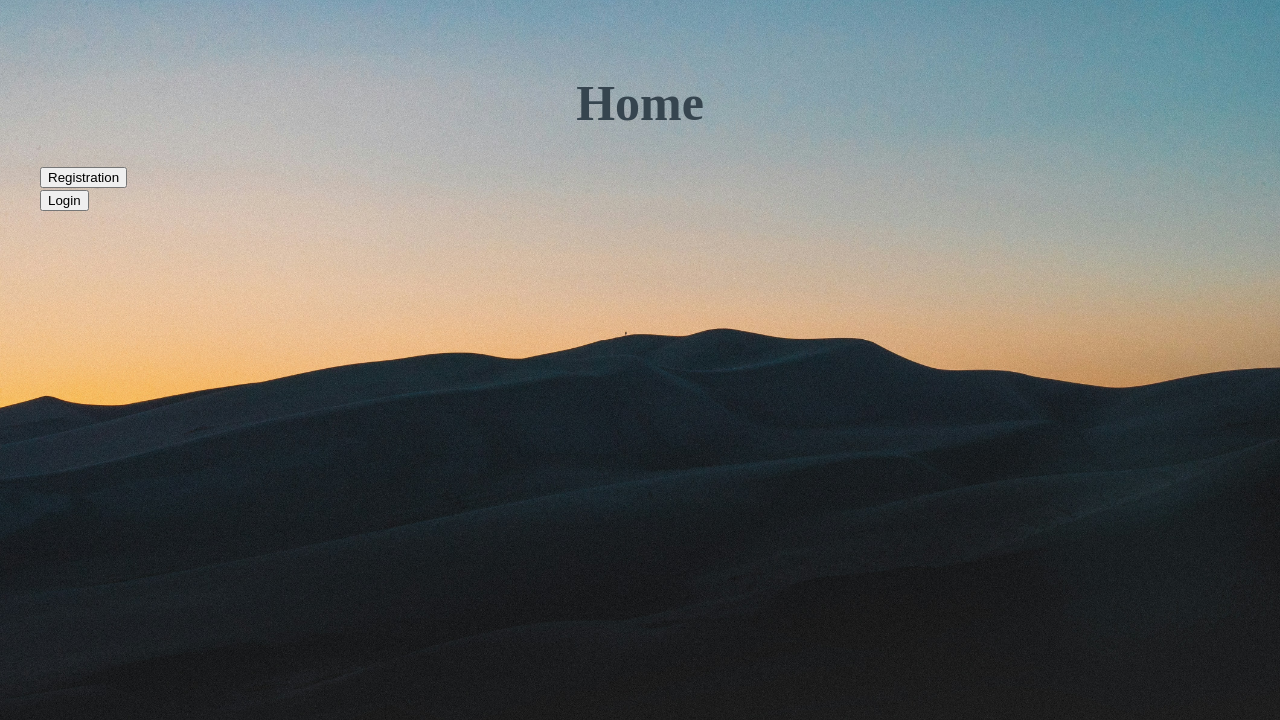
Repository: aboli-vyas/Servlet_Projects
Page: http://localhost/Sevlet_Project/
The author's editor kept a copy of each file at every save. The page is drawn from the files as they stood at one save, then again after the next save.
The browser window is 1280 px wide. The pictures show the whole page.
The page is served by Tomcat 9.

Above is the page before, as saved 2025-06-09 15:07:23.

After the next save:
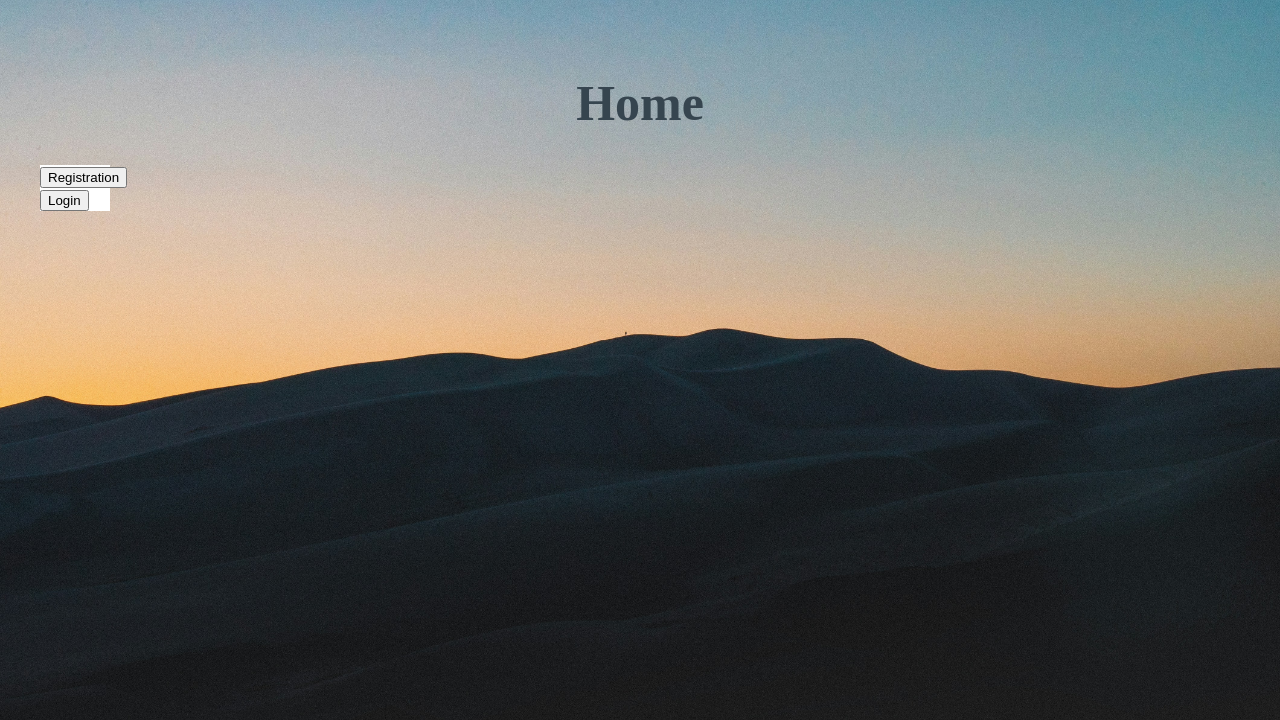
Saved 14 s later.
--- a/Sevlet_Project/src/main/webapp/style3.css
+++ b/Sevlet_Project/src/main/webapp/style3.css
@@ -17,5 +17,6 @@
 }
 .button1{
 	width: 70px;
-	background:
+	background: white;
+
 }

After the 2 saves that followed:
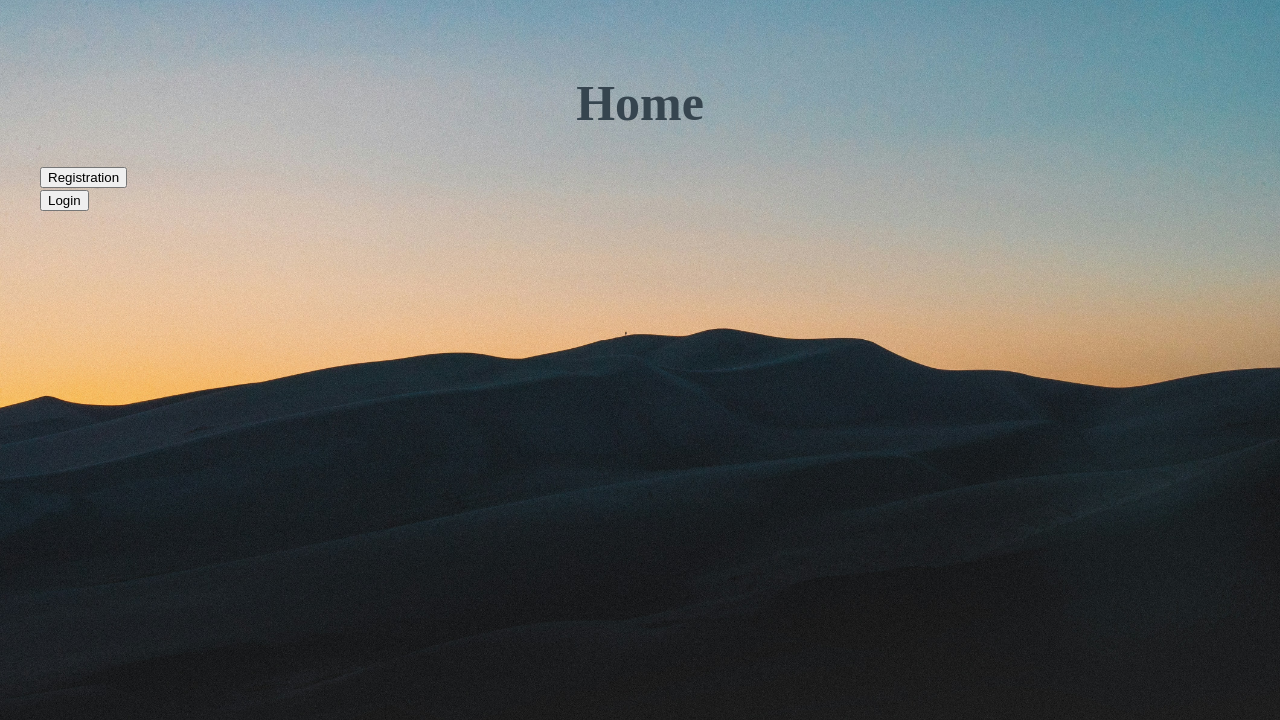
The 2 saves are shown as one change because 1 left the picture as it was.
The last was saved 22 s later.
--- a/Sevlet_Project/src/main/webapp/style3.css
+++ b/Sevlet_Project/src/main/webapp/style3.css
@@ -17,6 +17,5 @@
 }
 .button1{
 	width: 70px;
-	background: white;
-
+	background-: white;
 }
